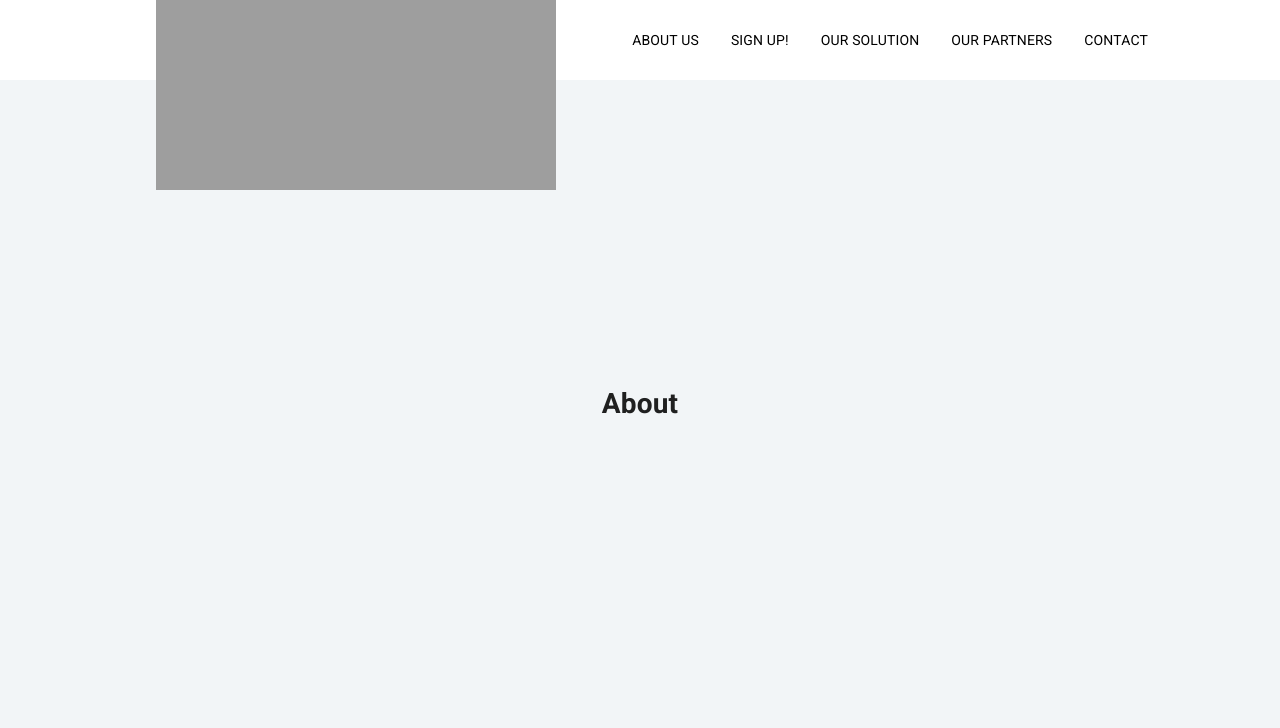
Repository: vinuvish/groundstandards_react
Page: /
An editor plug-in stored every save of this project. The page is shown before and after the next save, followed by the edit.
The browser window is 1280 px wide. The pictures show the whole page.
Pictures or frames that could not be fetched are drawn as grey boxes. The page's requests for data from a server got no answer. The project was rebuilt for these pictures with package versions that can differ from the ones it lists, and the page was loaded fresh each time. No one was signed in, and anything a server would have sent is missing. Also part of the build but not shown: src/pages/app/NotFoundPage.tsx, src/pages/app/SignUpPage.tsx, src/pages/app/AboutPage.tsx, src/pages/app/OurSolutionPage.tsx, src/pages/app/OurPartnerPage.tsx, src/pages/app/ResourcePage.tsx, src/pages/app/PressPage.tsx, src/pages/app/BlockPage.tsx and 1 more.

Above is the page before, as saved 2020-11-25 23:43:27.

After the next save:
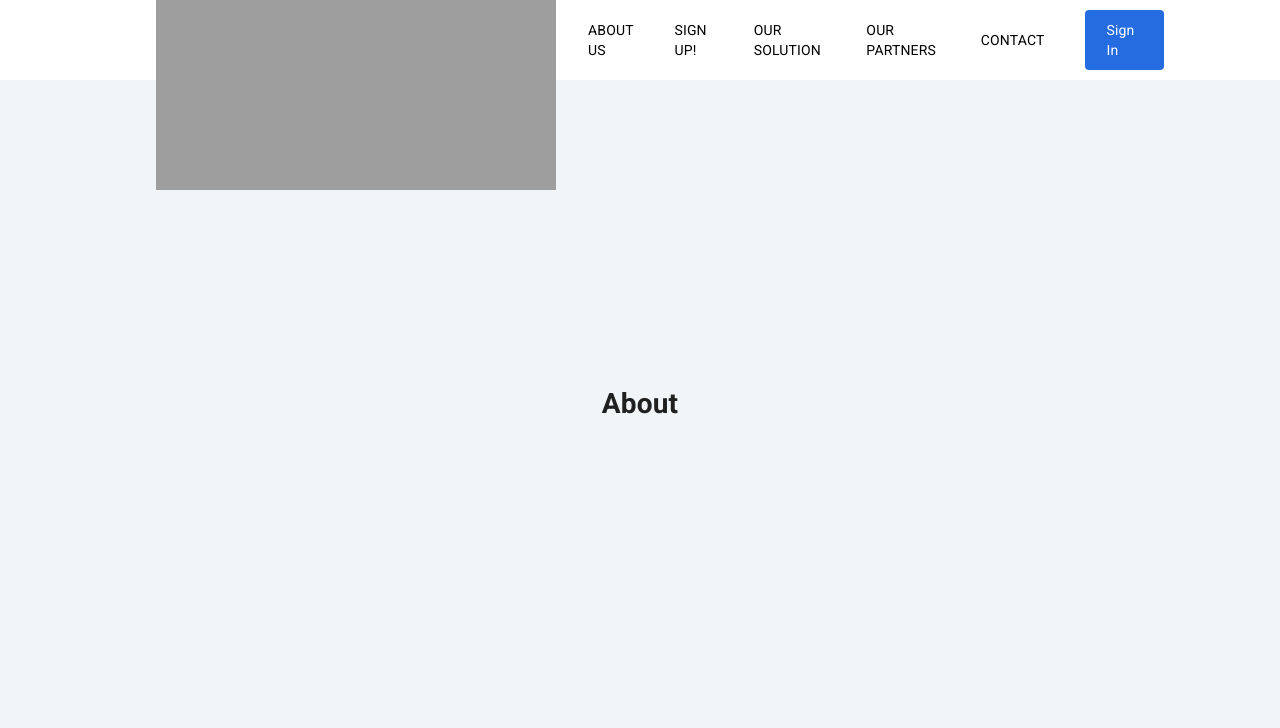
Saved 19 s later.
--- a/src/components/ZNavBar.tsx
+++ b/src/components/ZNavBar.tsx
@@ -34,7 +34,7 @@ function ZNavBar() {
                     ))}
 
                     {/* Second Nav */}
-                    {/* <NavBtnLink to='/sign-in'>Sign In</NavBtnLink> */}
+                    <NavBtnLink to='/sign-in'>Sign In</NavBtnLink>
                 </NavMenu>
 
             </Nav>
